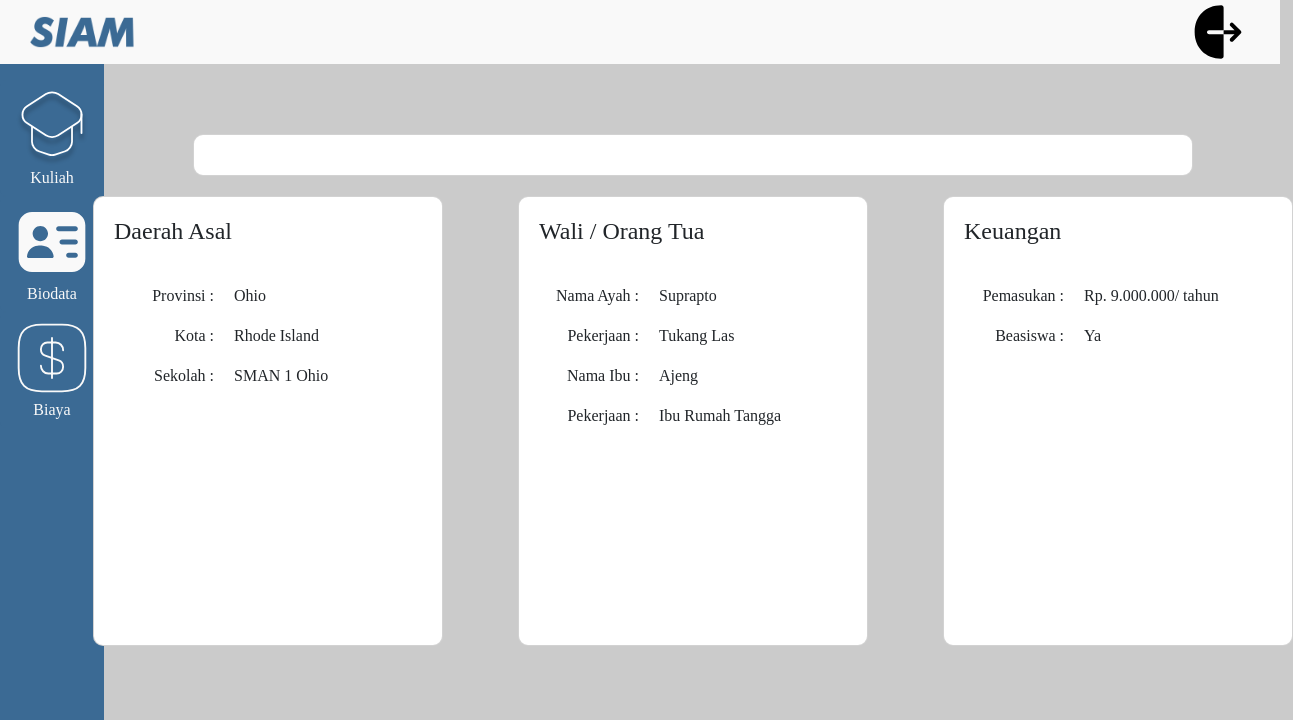
Repository: haikalirf/Project-IMK
Page: biodata.html
These files come from the project's save history. The page is drawn as it stood at one moment and after the next save; the edit follows.
The browser window is 1280 px wide. The page is 1293 px wide, so the pictures cover 1293 px, including what lies to the right of the window. The pictures show the whole page.
Some web fonts or font styles are not loaded; a fallback is used.

Above is the page before, as saved 2022-12-16 17:37:32.
Not found: scripts/.js

After the next save:
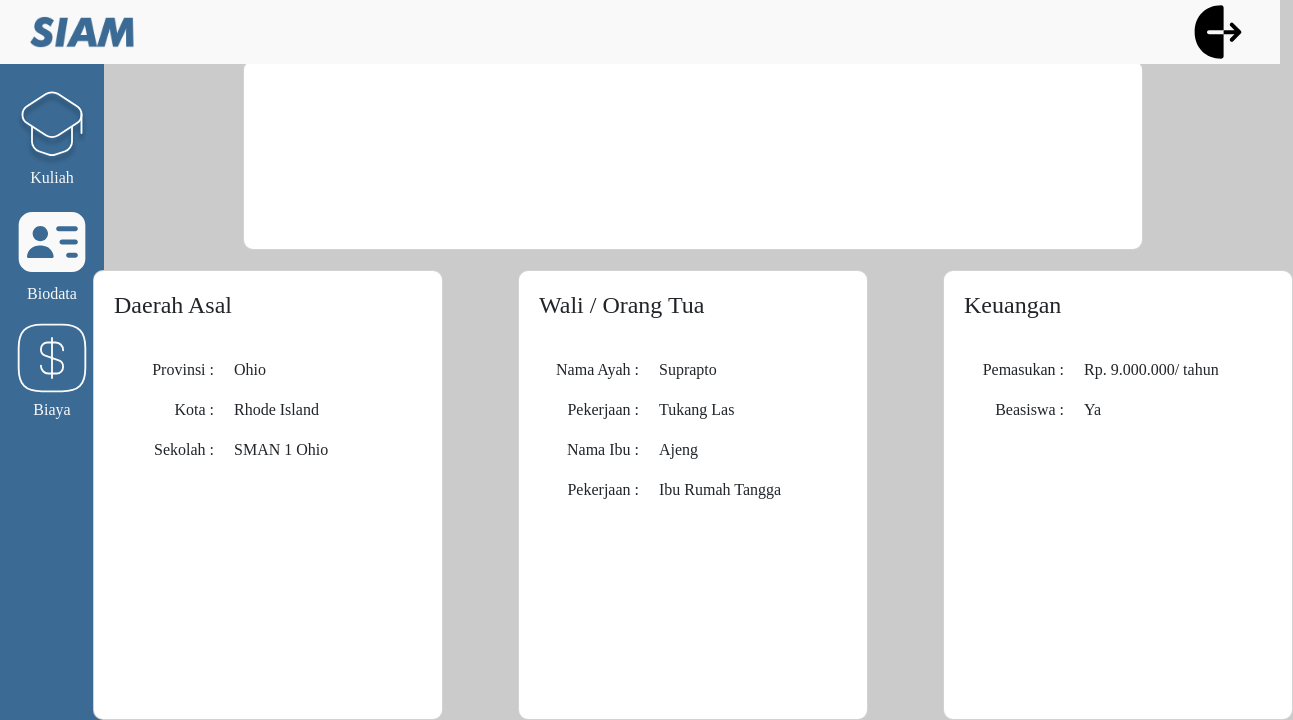
Saved 11 s later.
--- a/styles/biodata.css
+++ b/styles/biodata.css
@@ -115,7 +115,8 @@ a img, a label {
 }
 
 .profil {
-	width: 1000px;
+	width: 900px;
+	height: 300px;
 }
 
 .kumpulan-data {
